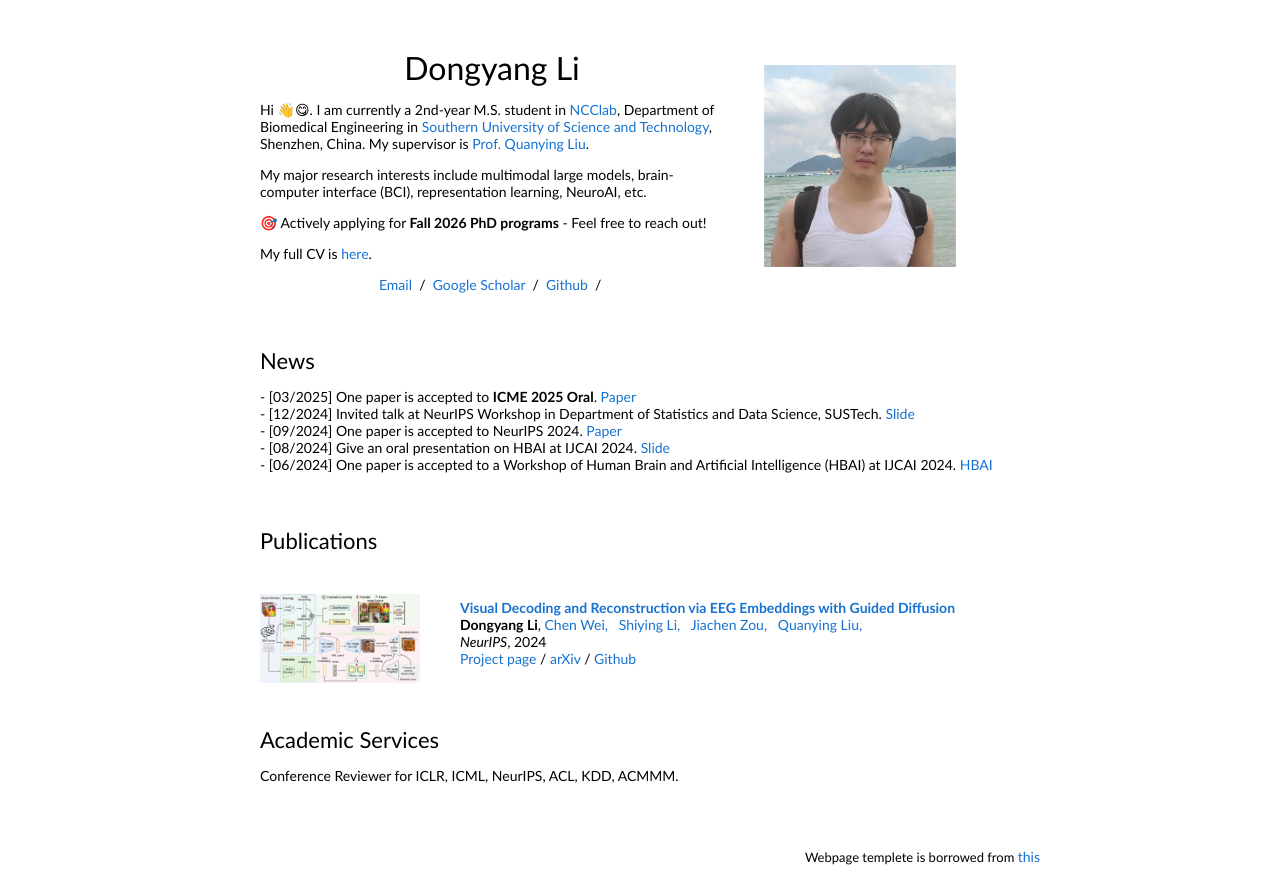
Repository: dongyangli-del/dongyangli-del.github.io
Page: index.html
These files come from the project's save history. The page is drawn as it stood at one moment and after a run of saves; the edit follows.
The browser window is 1280 px wide. The pictures show the whole page.

Above is the page before, as saved 2025-07-12 20:09:33.

After the next 2 saves:
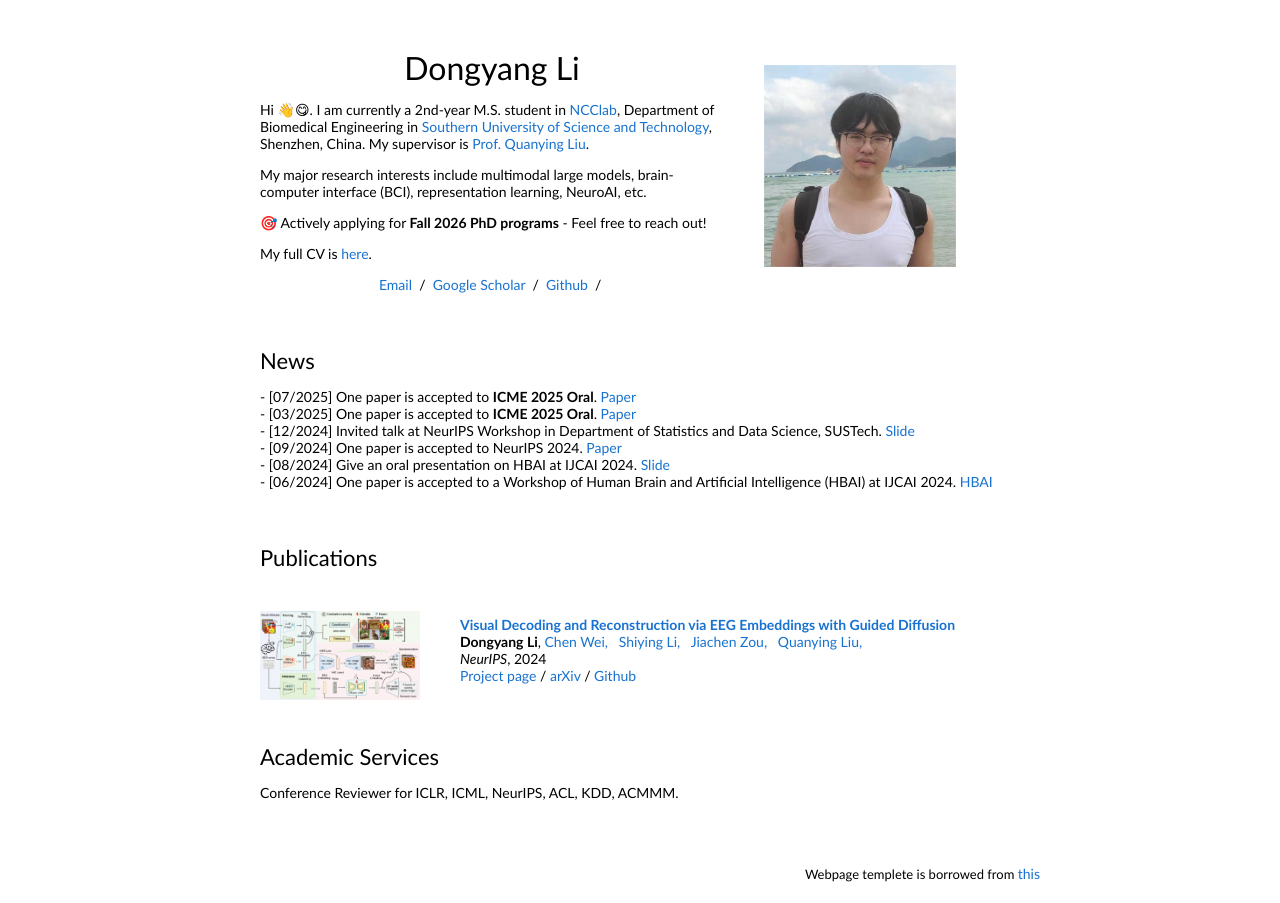
The 2 saves are shown as one change because they came seconds apart.
The last was saved 27 s later.
--- a/index.html
+++ b/index.html
@@ -74,6 +74,8 @@
             <td style="padding:20px;width:100%;vertical-align:middle">
               <h2>News</h2>
               <p>
+                - [07/2025] One paper is accepted to <strong>ICME 2025 Oral</strong>. <a href="https://arxiv.org/pdf/2410.23754">Paper</a><br>
+
                 - [03/2025] One paper is accepted to <strong>ICME 2025 Oral</strong>. <a href="https://arxiv.org/pdf/2410.23754">Paper</a><br>
 
                 - [12/2024] Invited talk at NeurIPS Workshop in Department of Statistics and Data Science, SUSTech. <a href="https://dongyangli-del.github.io/files/DongyangLi-20241201.pdf">Slide</a><br>
